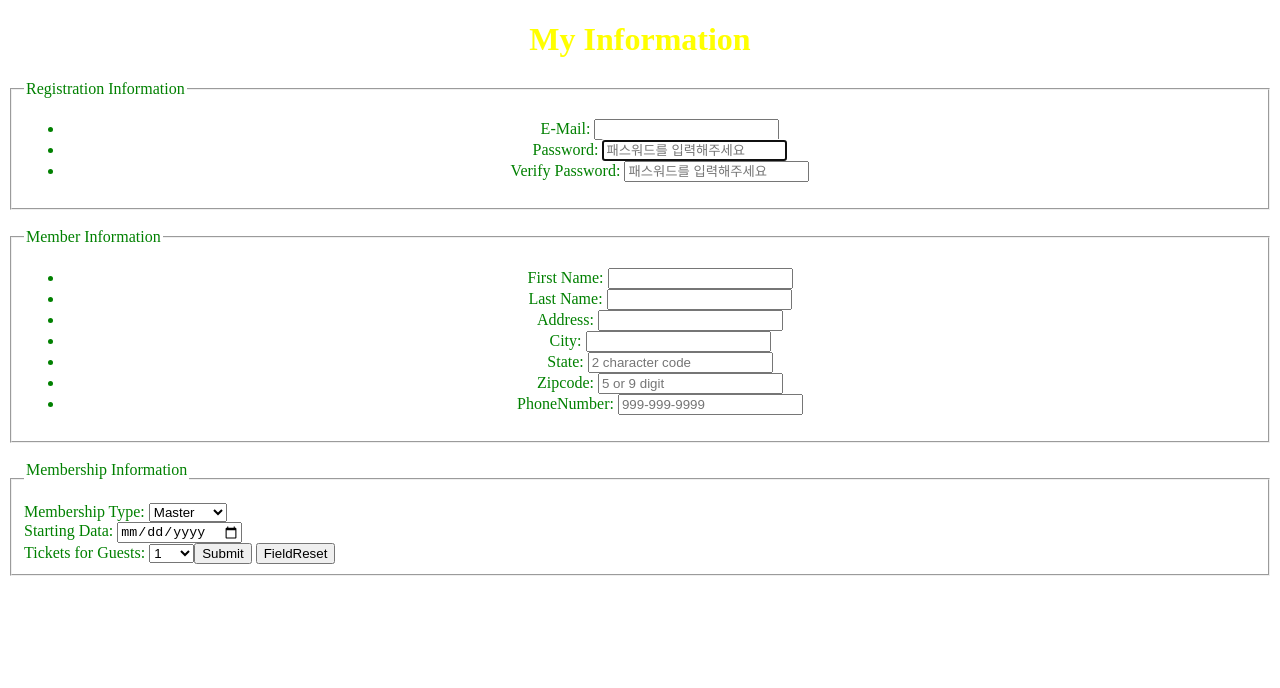
Repository: hyungju2/SSAFY_JavaPractice
Page: 20190211_HTML/web_java/HTMLProject/WebContent/html/hwfront01_서울_6반_이형주.html
An editor plug-in stored every save of this project. The page is shown before and after the next save, followed by the edit.
The browser window is 1280 px wide. The pictures show the whole page.

Above is the page before, as saved 2019-02-11 09:14:58.

### 20190211_HTML/web_java/HTMLProject/WebContent/html/hwfront01_서울_6반_이형주.html
<!DOCTYPE html>
<html>
<head>
<meta charset="EUC-KR">
<title>Become a Reamember</title>
</head>
<body>
	<p align="center">
		<font color="yellow">
			<h1 align="center">My Information</h1>
		</font>
	<fieldset>
		<legend>
			<font color="green">Registration Information
		</legend>
		<!-- Field set안에서 사용되며, 내용을 설명해줌. -->
		<ul>
			<li align="center"><label for="name">E-Mail:</label> <input
				type="text" , id="id"></li>
			<li align="center"><label for="password">Password:</label> <input
				type="password" , id="password" autofocus required="required"
				placeholder="패스워드를 입력해주세요"></li>
			<li align="center"><label for="password">Verify
					Password:</label> <input type="password" , id="password" autofocus
				required="required" placeholder="패스워드를 입력해주세요"></li>
		</ul>
	</fieldset>

	<br>
	<fieldset>
		<legend>
			<font color="green">Member Information
		</legend>
		<!-- Field set안에서 사용되며, 내용을 설명해줌. -->
		<ul>
			<li align="center"><label for="firstname">First Name:</label> <input
				type="text" , id="id"></li>
			<li align="center"><label for="Lastname">Last Name:</label> <input
				type="password" , id="password"></li>
			<li align="center"><label for="address">Address:</label> <input
				type="text" , address="address"></li>
			<li align="center"><label for="City">City:</label> <input
				type="text" , city="city"></li>

			<li align="center"><label for="State">State:</label> <input
				type="text" , state="state" autofocus required="required"
				placeholder="2 character code"></li>
			<li align="center"><label for="State">Zipcode:</label> <input
				type="text" , Zipcode="Zipcode" autofocus required="required"
				placeholder="5 or 9 digit"></li>
			<li align="center"><label for="PhoneNumber">PhoneNumber:</label>
				<input type="text" , PhoneNumber="PhoneNumber" autofocus
				required="required" placeholder="999-999-9999"></li>
		</ul>
	</fieldset>
	<br>
	<fieldset>
		<legend>
			<font color="green">Membership Information <br> <br>
				</legend>
				Membership Type: <select> name="position">
					<optgroup label="position">
						<option value="1">Master</option>
						<option value="2">Senior</option>
						<option value="3">Junior</option>
					</optgroup>
			</select> <br> <label for="firstname">Starting Data:</label> <input
				type="date" , id="id"> <br>
				Tickets for Guests: <select name="amount">
					<optgroup label="amount">
						<option value="1">1</option>
						<option value="2">2</option>
						<option value="3">3</option>
					</optgroup>

	</fieldset>

	<br>

		<fieldset>
		<legend>
		<font color="green">Submit your info<br>
		</legend>

		<input type="submit" value="Submit">
		<input type="reset" value="FieldReset">

	</fieldset>
</body>
</html>

After the next save:
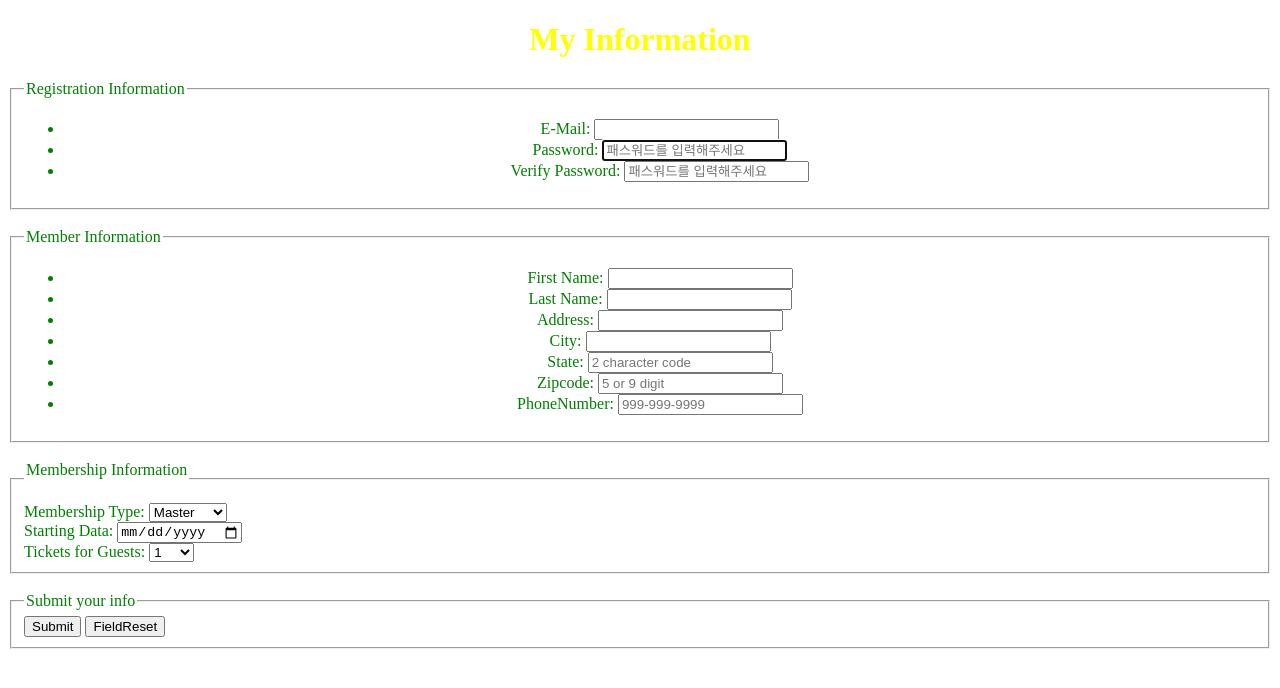
Saved 34 s later.
--- a/20190211_HTML/web_java/HTMLProject/WebContent/html/hwfront01_서울_6반_이형주.html
+++ b/20190211_HTML/web_java/HTMLProject/WebContent/html/hwfront01_서울_6반_이형주.html
@@ -72,6 +72,7 @@
 						<option value="2">2</option>
 						<option value="3">3</option>
 					</optgroup>
+					</select>
 
 	</fieldset>
 
